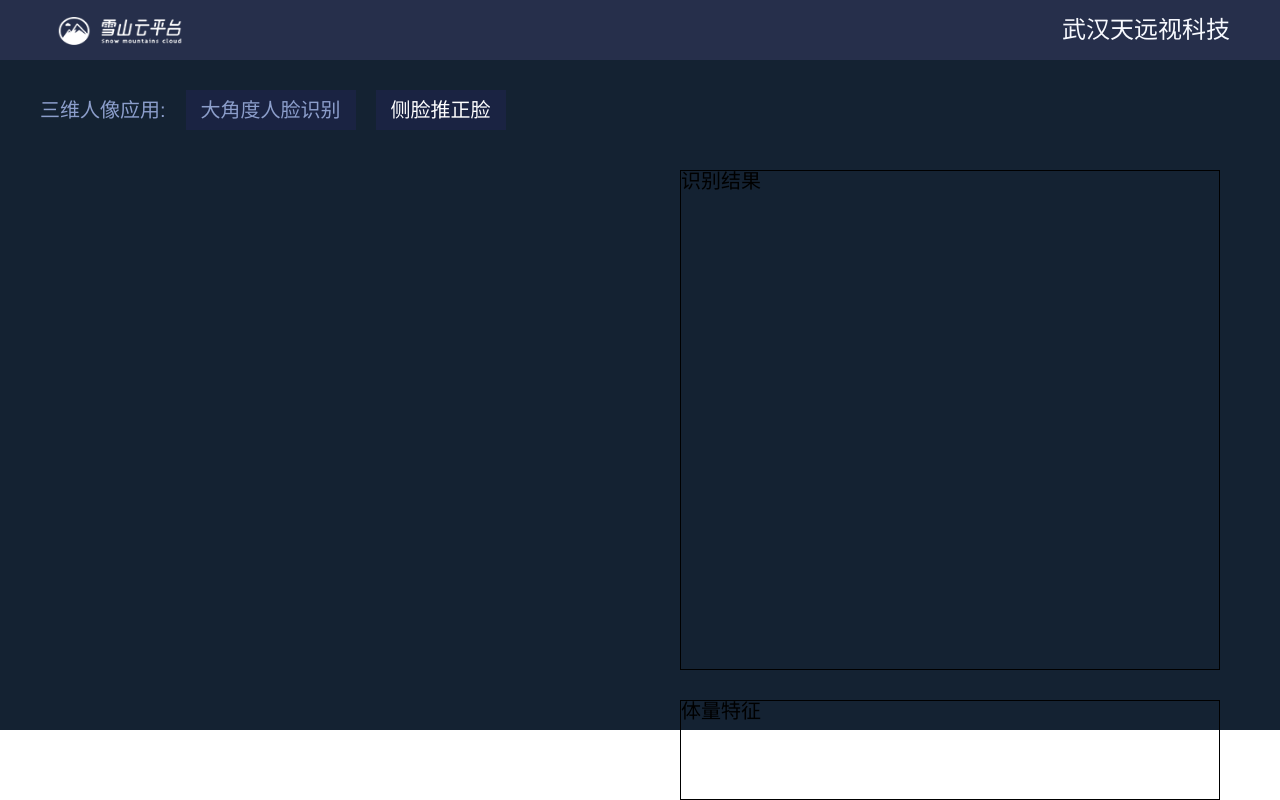
Repository: fyt2020/pubilcDemlo
Page: /#/face
An editor plug-in stored every save of this project. The page is shown before and after the next save, followed by the edit.
The browser window is 1280 px wide. The pictures show the whole page.
The project was rebuilt for these pictures with package versions that can differ from the ones it lists, and the page was loaded fresh each time.

Above is the page before, as saved 2020-04-28 10:33:01.

After the next save:
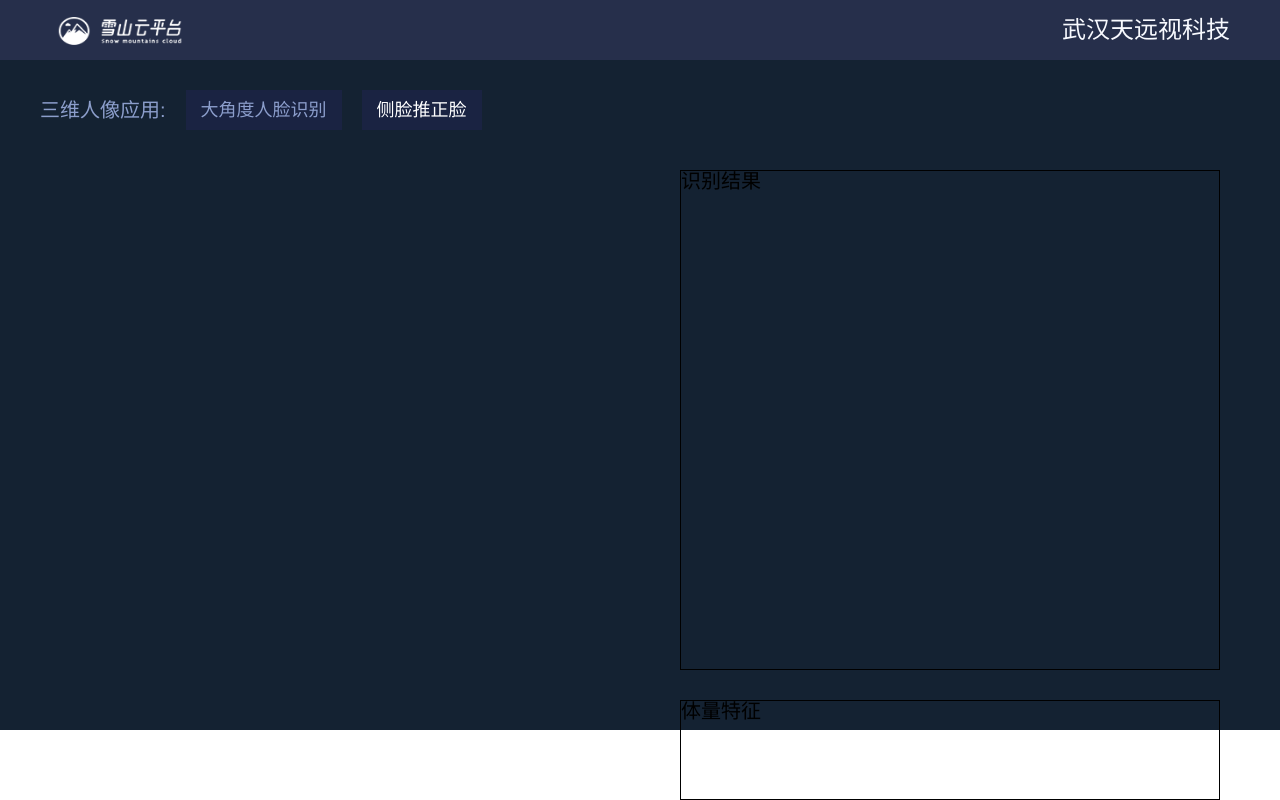
Saved 26 s later.
--- a/src/assets/css/home.scss
+++ b/src/assets/css/home.scss
@@ -47,6 +47,8 @@
             box-sizing: border-box;
             padding: 0 15px;
             margin-right: 20px;
+            font-size: 18px;
+            color: #8c9ecc;
             background-color:  #1a2342;
         }
         &__item.exactActive{
